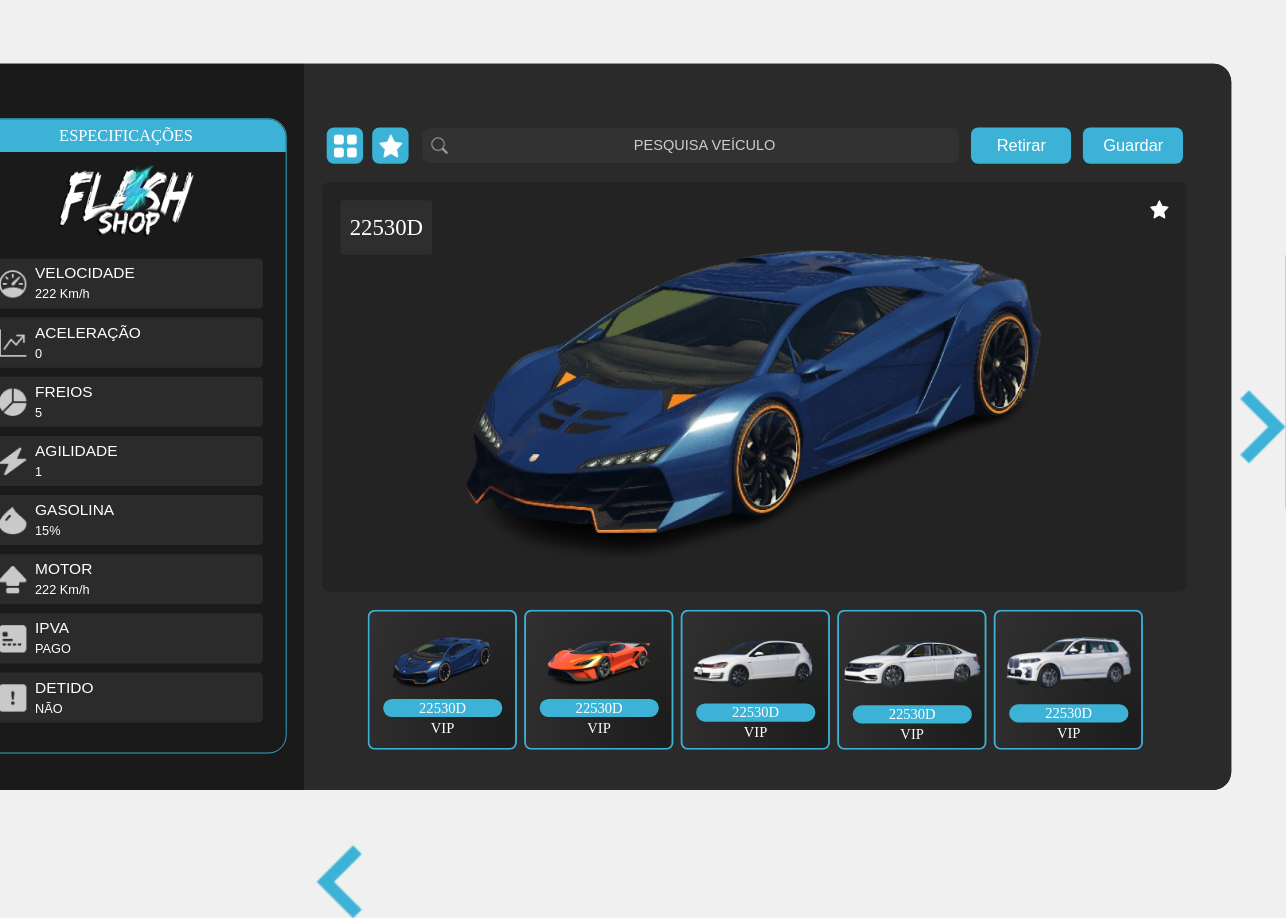
Repository: DuMCorrea/Garagem
Page: index.html
The author's editor kept a copy of each file at every save. The page is drawn from the files as they stood at one save, then again after the next save.
The browser window is 1280 px wide. The page is 1413 px wide, so the pictures cover 1413 px, including what lies to the right of the window. The pictures show the whole page, at 91% of full size.
Some web fonts or font styles are not loaded; a fallback is used.

Above is the page before, as saved 2024-08-22 20:08:36.

### index.html
<!DOCTYPE html>
<html lang="pt-BR">
<head>
    <meta charset="UTF-8">
    <meta name="viewport" content="width=device-width, initial-scale=1.0">
    <link href="https://fonts.googleapis.com/css2?family=Baloo+Bhai&display=swap" rel="stylesheet">
    <title>Div Principal</title>
    <link rel="stylesheet" href="styles.css">
</head>
<body>
    <div class="div-principal">
        <div class="div-esquerda">
            <div class="retangulo-informacoes-3 duplicadoo">
                <img src="assets/FlashStore 2.png" alt="Imagem Mecânico" class="imagem-mecanico">
                <div class="titulo-retangulo">ESPECIFICAÇÕES</div>
                <div class="saldo-conteudo">
                    <div class="saldo-item">
                        <img src="assets/Velo.png" alt="Imagem de Carteira" class="saldo-imagem">
                        <div class="saldo-texto">
                            <p class="saldo-titulo">VELOCIDADE</p>
                            <p class="saldo-valor">222 Km/h</p>
                        </div>
                    </div>
                    <div class="saldo-item">
                        <img src="assets/Ace.png" alt="Imagem de Carteira" class="saldo-imagem">
                        <div class="saldo-texto">
                            <p class="saldo-titulo">ACELERAÇÃO</p>
                            <p class="saldo-valor">0</p>
                        </div>
                    </div>
                    <div class="saldo-item">
                        <img src="assets/Freios.png" alt="Imagem de Carteira" class="saldo-imagem">
                        <div class="saldo-texto">
                            <p class="saldo-titulo">FREIOS</p>
                            <p class="saldo-valor">5</p>
                        </div>
                    </div>
                    <div class="saldo-item">
                        <img src="assets/Agi.png" alt="Imagem de Carteira" class="saldo-imagem">
                        <div class="saldo-texto">
                            <p class="saldo-titulo">AGILIDADE</p>
                            <p class="saldo-valor">1</p>
                        </div>
                    </div>
                    <div class="saldo-item">
                        <img src="assets/Gaso.png" alt="Imagem de Carteira" class="saldo-imagem">
                        <div class="saldo-texto">
                            <p class="saldo-titulo">GASOLINA</p>
                            <p class="saldo-valor">15%</p>
                        </div>
                    </div>
                    <div class="saldo-item">
                        <img src="assets/Motor.png" alt="Imagem de Carteira" class="saldo-imagem">
                        <div class="saldo-texto">
                            <p class="saldo-titulo">MOTOR</p>
                            <p class="saldo-valor">222 Km/h</p>
                        </div>
                    </div>
                    <div class="saldo-item">
                        <img src="assets/Ipva.png" alt="Imagem de Carteira" class="saldo-imagem">
                        <div class="saldo-texto">
                            <p class="saldo-titulo">IPVA</p>
                            <p class="saldo-valor">PAGO</p>
                        </div>
                    </div>
                    <div class="saldo-item">
                        <img src="assets/Detido.png" alt="Imagem de Carteira" class="saldo-imagem">
                        <div class="saldo-texto">
                            <p class="saldo-titulo">DETIDO</p>
                            <p class="saldo-valor">NÃO</p>
                        </div>
                    </div>

                </div>
            </div>
        </div>


        <div class="div-direita">
            <div class="retangulo-fundo">
                <!-- Adicionando os quadrados e o input de pesquisa ao fundo -->
                <div class="container-quadrados">
                    <button class="botao-quadrado-azul">
                        <img src="assets/4Quadrados.png" alt="Ícone 1" class="pequena-imagem">
                    </button>
                    <button class="botao-quadrado-azul">
                        <img src="assets/estrela.png" alt="Ícone 2" class="pequena-imagem">
                    </button>
                    <div class="input-container">
                        <input type="text" class="input-pesquisa" placeholder="PESQUISA VEÍCULO">
                        <button class="botao-icone-pesquisa">
                            <img src="assets/lupa (2).png" alt="Ícone Pesquisa" class="icone-pesquisa">
                        </button>
                        <!-- Novos retângulos ao lado do input -->
                        <button class="botao-retangulo-azul">Retirar</button>
                        <button class="botao-retangulo-azul">Guardar</button>
                    </div>
                </div>

                <div class="codigo-overlay">22530D</div>
                <img src="assets/CarroMaior.png" alt="Imagem Central" class="imagem-central">
                <img src="assets/Estrela.png" alt="Ícone Superior Direito" class="imagem-direita">
            </div>

            <img src="assets/menorMaior.png" alt="Imagem Esquerda" class="imagem-lateral imagem-lateral-esquerda">

            <!-- Nova seção para os cards com fundo retangular azul claro -->
            <div class="fundo-cards">
                <div class="cards-container">
                    <div class="card">
                        <img src="assets/carro1.png" alt="Card 1" class="card-image">
                        <div class="card-content">
                            <div class="card-code">22530D</div>
                            <div class="card-vip">VIP</div>
                        </div>
                    </div>
                    <div class="card">
                        <img src="assets/carro2.png" alt="Card 2" class="card-image">
                        <div class="card-content">
                            <div class="card-code">22530D</div>
                            <div class="card-vip">VIP</div>
                        </div>
                    </div>
                    <div class="card">
                        <img src="assets/carro3.png" alt="Card 3" class="card-image2">
                        <div class="card-content">
                            <div class="card-code">22530D</div>
                            <div class="card-vip">VIP</div>
                        </div>
                    </div>
                    <div class="card">
                        <img src="assets/carro4.png" alt="Card 4" class="card-image3">
                        <div class="card-content">
                            <div class="card-code">22530D</div>
                            <div class="card-vip">VIP</div>
                        </div>
                    </div>
                    <div class="card">
                        <img src="assets/carro5.png" alt="Card 5" class="card-image4">
                        <div class="card-content">
                            <div class="card-code">22530D</div>
                            <div class="card-vip">VIP</div>
                        </div>
                    </div>
                    <img src="assets/maiorMenor.png" alt="Imagem Direita" class="imagem-lateral imagem-lateral-direita">
                </div>
            </div>
        </div>







    </div>
</body>
</html>

### styles.css
body {
    display: flex;
    flex-direction: column;
    align-items: center;
    margin: 0;
    background-color: #f0f0f0;
    font-family: 'Baloo Bhai';
    overflow-y: auto;
    margin-top: 70px;
}

.div-principal {
    position: relative;
    display: flex;
    width: 1425px;
    height: 798px;
    border-radius: 20px;
    background-color: #010101;
    margin-bottom: 20px;
}

.div-esquerda {
    width: 27%; /* Ocupa 30% da largura da div-principal */
    background-color: #1A1A1A; /* Cor de fundo diferente para destaque */
    border-radius: 20px 0px 0px 20px; /* Canto arredondado na esquerda */
    padding: 20px;
}

.div-direita {
    width: 72%; /* Ocupa 70% da largura da div-principal */
    background-color: #2A2A2A; /* Cor de fundo diferente para destaque */
    border-radius: 0px 20px 20px 0px; /* Canto arredondado na direita */
    padding: 20px;
}

.retangulo-informacoes-3 {
    width: 320px;
    height: 232px;
    position: absolute;
    top: 580px;
    left: 462px;
    border-radius: 20px;
    border: 1px solid #3CB3D6;
    background-color: rgba(0, 0, 0, 0); /* Ajuste da opacidade de fundo */
    opacity: 1; /* Visibilidade ativada */
}
.duplicadoo {
    width: 350px;
    height: 696px;
    position: absolute;
    top: 60px;
    left: 35px;
    border-radius: 20px;
    border: 1px solid #3CB3D6;
    background-color: rgba(0, 0, 0, 0); /* Ajuste da opacidade de fundo */
    opacity: 1; /* Visibilidade ativada */
}

.titulo-retangulo {
    width: 100%; /* Ajusta a largura ao do retângulo */
    height: 36px;
    background: #3CB3D6; /* Cor de fundo */
    border-radius: 20px 20px 0 0; /* Arredonda apenas os cantos superiores */
    color: white; /* Cor do texto */
    font-size: 18px; /* Tamanho do texto */
    line-height: 36px; /* Centraliza verticalmente o texto */
    text-align: center; /* Centraliza horizontalmente o texto */
    position: absolute;
    top: 0; /* Alinha o título ao topo do retângulo */
    left: 0; /* Alinha o título à esquerda do retângulo */
}

.status-rectangle {
    width: 300px;
    height: 35px;
    position: absolute;
    top: 130px;
    left: 16px;
    display: flex;
    align-items: center;
    justify-content: space-between; /* Ajuste para espaçar os textos */
    padding: 0 10px; /* Adicione um pequeno padding para afastar o texto das bordas */
    border-radius: 5px;
    opacity: 1; /* Tornar o retângulo visível */
    background: #37373796;
  }
  .status-text {
    font-size: 14px;
    color: #fff;
    font-family: 'Baloo Bhai', sans-serif;
  }

  .imagem-mecanico {
    display: block;
    margin: 0 auto; /* Centraliza a imagem horizontalmente */
    width: 50%; /* Ajuste a largura da imagem conforme necessário */
    height: 25%; /* Ajuste a altura da imagem conforme necessário */
    position: absolute;
    top: 0px; /* Ajuste a posição vertical da imagem */
    left: 50%;
    transform: translateX(-50%); /* Centraliza a imagem em relação ao retângulo */
}








.saldo-imagem {
    width: 30px;
    height: 30px;
    margin-right: 10px; /* Espaçamento entre a imagem e o texto */
}
.saldo-conteudo {
    display: flex;
    flex-direction: column;
    align-items: center;
    justify-content: center;
    height: 100%;
    padding: 10px;
    gap: 10px; /* Espaçamento entre os retângulos */
    margin-top: 50px;
}

.saldo-item {
    display: flex;
    align-items: center;
    width: 280px;
    height: 35px;
    border-radius: 5px;
    background: #37373796;
    padding: 10px;
}

.saldo-texto {
    display: flex;
    flex-direction: column;
    gap: 2px; /* Espaçamento reduzido entre o título e o valor */
    font-family: 'Baloo Bhai', sans-serif;


}

.saldo-titulo {
    font-family: 'Baloo Bhai', sans-serif;
    font-size: 17px;
    font-weight: 400;
    line-height: 20px; /* Ajuste na altura da linha para deixar os textos mais próximos */
    text-align: left;
    color: white;
    margin: 0;
}
.saldo-valor {
    font-family: 'Baloo Bhai', sans-serif;
    font-size: 14px;
    font-weight: 400;
    line-height: 20px; /* Ajuste na altura da linha para deixar os textos mais próximos */
    text-align: left;
    color: white;
    margin: 0;
}



/* DIV DA DIREITA */

/* Estilo para o contêiner dos quadrados e do input de pesquisa */
.container-quadrados {
    position: absolute;
    top: -60px; /* Ajuste para posicionar os quadrados acima do fundo */
    left: 5px; /* Ajuste para mover os quadrados mais para a esquerda */
    display: flex;
    gap: 10px; /* Espaçamento entre os quadrados e o input */
}

.botao-quadrado-azul {
    width: 40px; /* Tamanho do quadrado */
    height: 40px; /* Tamanho do quadrado */
    background-color: #3CB3D6; /* Cor de fundo azul claro */
    display: flex;
    justify-content: center;
    align-items: center;
    border: none; /* Remove a borda padrão */
    border-radius: 8px; /* Bordas arredondadas */
    cursor: pointer; /* Indica que o elemento é clicável */
    padding: 0; /* Remove o padding padrão do botão */
    margin: 0; /* Remove a margem padrão do botão */
}

.pequena-imagem {
    width: 25px; /* Tamanho da imagem */
    height: 25px;
}

/* Estilo para o contêiner do input e ícone */
.input-container {
    position: relative; /* Define o contexto para o ícone */
    margin-left: 5px; /* Espaçamento entre os quadrados e o input */
}

/* Estilo para o input de pesquisa */
.input-pesquisa {
    padding: 10px 10px 10px 40px; /* Espaçamento interno, espaço adicional à esquerda para o ícone */
    width: 540px; /* Largura do input */
    background: rgba(62, 62, 62, 0.42); /* Cor de fundo com opacidade */
    border: none; /* Remove a borda padrão */
    border-radius: 8px; /* Bordas arredondadas */
    color: #fff; /* Cor do texto */
    font-size: 16px; /* Tamanho da fonte */
    text-align: center; /* Centraliza o texto do placeholder */
}

.input-pesquisa::placeholder {
    color: #ccc; /* Cor do placeholder */
}

/* Estilo para o botão da lupa */
.botao-icone-pesquisa {
    position: absolute; /* Alinha o botão com o input */
    left: 10px; /* Alinha o ícone à esquerda dentro do input */
    top: 50%; /* Alinha verticalmente o ícone no centro */
    transform: translateY(-50%); /* Corrige o alinhamento vertical */
    width: 18px; /* Tamanho do botão */
    height: 18px; /* Tamanho do botão */
    background: transparent; /* Remove o fundo do botão */
    border: none; /* Remove a borda padrão do botão */
    cursor: pointer; /* Indica que o botão é clicável */
    padding: 0; /* Remove o padding padrão do botão */
    display: flex; /* Centraliza o ícone dentro do botão */
    justify-content: center;
    align-items: center;
}
/* Estilo para o ícone dentro do botão */
.botao-icone-pesquisa img {
    width: 18px; /* Tamanho do ícone */
    height: 18px; /* Tamanho do ícone */
}

/* Outros estilos existentes */
.retangulo-fundo {
    width: 950px;
    height: 450px;
    background: rgba(29, 28, 28, 0.48); /* Cor com opacidade */
    border-radius: 8px;
    display: flex;
    justify-content: center;
    align-items: center;
    margin-top: 110px;
    position: relative; /* Define a posição relativa para o fundo */
}

.imagem-central {
    width: 650px;
    height: 378.6px;
}

.codigo-overlay {
    position: absolute;
    top: 20px; /* Ajusta a posição para o canto superior */
    left: 20px; /* Ajusta a posição para o canto esquerdo */
    padding: 5px 10px;
    background: rgba(62, 62, 62, 0.42); /* Cor com opacidade */
    border-radius: 4px;
    color: #fff;
    font-size: 25px;
    line-height: 50px;
}

.imagem-direita {
    position: absolute;
    top: 20px; /* Posição no canto superior */
    right: 20px; /* Posição no canto direito */
    width: 20px; /* Ajuste o tamanho conforme necessário */
    height: 20px; /* Ajuste o tamanho conforme necessário */
}

.botao-quadrado-azul img {
    width: 25px; /* Tamanho da imagem */
    height: 25px;
}
/* Estilo para os botões dos retângulos */
.botao-retangulo-azul {
    width: 110px; /* Largura dos retângulos */
    height: 40px; /* Altura dos retângulos */
    background-color: #3CB3D6; /* Cor de fundo azul claro */
    display: flex;
    justify-content: center;
    align-items: center;
    border: none; /* Remove a borda padrão */
    border-radius: 8px; /* Bordas arredondadas */
    color: #fff; /* Cor do texto */
    font-size: 18px; /* Tamanho da fonte */
    cursor: pointer; /* Indica que o elemento é clicável */
    margin-left: 12px; /* Espaçamento entre o input e os retângulos */
    padding: 0; /* Remove o padding padrão do botão */
}

/* Estilo para o contêiner do input e ícone, ajustando o espaço para os retângulos */
/* Ajusta o contêiner do input e ícone para incluir os botões */
.input-container {
    position: relative; /* Define o contexto para o ícone e botões */
    margin-left: 5px; /* Espaçamento entre os quadrados e o input */
    display: flex; /* Organiza os itens horizontalmente */
    align-items: center; /* Alinha verticalmente os itens */
    gap: 1px; /* Espaçamento entre os itens */
}




/* Estilo para o código do card com fundo retangular azul */
.card-code {
    font-size: 16px; /* Tamanho da fonte ajustado */
    margin-bottom: 3px; /* Espaçamento abaixo do código */
    margin-top: 7px;
    background: #3CB3D6; /* Cor de fundo azul */
    color: #fff; /* Cor do texto branca para contraste */
    padding: 1px 40px; /* Espaçamento interno */
    border-radius: 10px; /* Bordas arredondadas */
    display: inline-block; /* Garante que o fundo azul se ajuste ao texto */
}

/* Estilo para a nova seção de cards */
.cards-container {
    display: flex; /* Organiza os cards horizontalmente */
    justify-content: flex-start; /* Alinha os cards no início da linha */
    flex-wrap: nowrap; /* Não permite quebra de linha, todos os cards na mesma linha */
    gap: 8px; /* Espaçamento entre os cards */
    margin-top: 20px; /* Espaçamento acima dos cards */
    margin-left: 50px; /* Espaçamento à esquerda da div para mover os cards mais para a direita */
    overflow-x: auto; /* Permite rolagem horizontal se os cards não cabem na tela */
}

/* Estilo para cada card */
.card {
    width: 160px; /* Largura aumentada do card */
    height: 150px; /* Altura aumentada do card */
    background: radial-gradient(547.21% 823.76% at 94.51% 88.04%, #1D1C1C 0%, #837E7E 100%); /* Cor de fundo do card */
    border: 2px solid #3CB3D6; /* Borda do card */
    border-radius: 8px; /* Bordas arredondadas */
    display: flex; /* Organiza o conteúdo verticalmente */
    flex-direction: column; /* Organiza os itens na vertical */
    align-items: center; /* Alinha o conteúdo horizontalmente no centro */
    justify-content: center; /* Alinha o conteúdo verticalmente no centro */
    overflow: hidden; /* Esconde qualquer parte do conteúdo que exceda os limites do card */
}

/* Estilo para a imagem do card */
.card-image {
    width: 70%; /* Largura da imagem */
    height: 40%; /* Altura da imagem reduzida */
    object-fit: cover; /* Cobre o espaço do card mantendo a proporção da imagem */
    margin-top: 15px;
}
.card-image2 {
    width: 120%; /* Largura da imagem */
    height: 80%; /* Altura da imagem reduzida */
    object-fit: cover; /* Cobre o espaço do card mantendo a proporção da imagem */
    margin-bottom: -20px;
    margin-top: -14px;
}
.card-image3 {
    width: 110%; /* Largura da imagem */
    height: 80%; /* Altura da imagem reduzida */
    object-fit: cover; /* Cobre o espaço do card mantendo a proporção da imagem */
    margin-bottom: -18px;
    margin-top: -12px;
}
.card-image4 {
    width: 100%; /* Largura da imagem */
    height: 70%; /* Altura da imagem reduzida */
    object-fit: cover; /* Cobre o espaço do card mantendo a proporção da imagem */
    margin-top: 0px;
    margin-bottom: -17px;
}

/* Estilo para o conteúdo do card */
.card-content {
    width: 100%; /* Largura do conteúdo */
    text-align: center; /* Centraliza o texto */
    color: #fff; /* Cor do texto */
    padding: 5px 0; /* Espaçamento interno */
}

/* Estilo para o código do card */
.card-code {
    font-size: 16px; /* Tamanho da fonte ajustado */
    margin-bottom: 3px; /* Espaçamento abaixo do código */
}

.imagem-lateral {
    position: absolute;
    top: 50%;
    transform: translateY(-50%);
    width: 50px; /* Ajuste o tamanho conforme necessário */
    height: auto;
}

.imagem-lateral-esquerda {
    left: 0; /* Posiciona a imagem à esquerda dos cards */
    margin-left: 420px; /* Ajusta a distância da imagem em relação ao contêiner */
    margin-top: 500px;
}

.imagem-lateral-direita {
    right: 0; /* Posiciona a imagem à direita dos cards */
    margin-right: -60px; /* Ajusta a distância da imagem em relação ao contêiner */
}

After the next save:
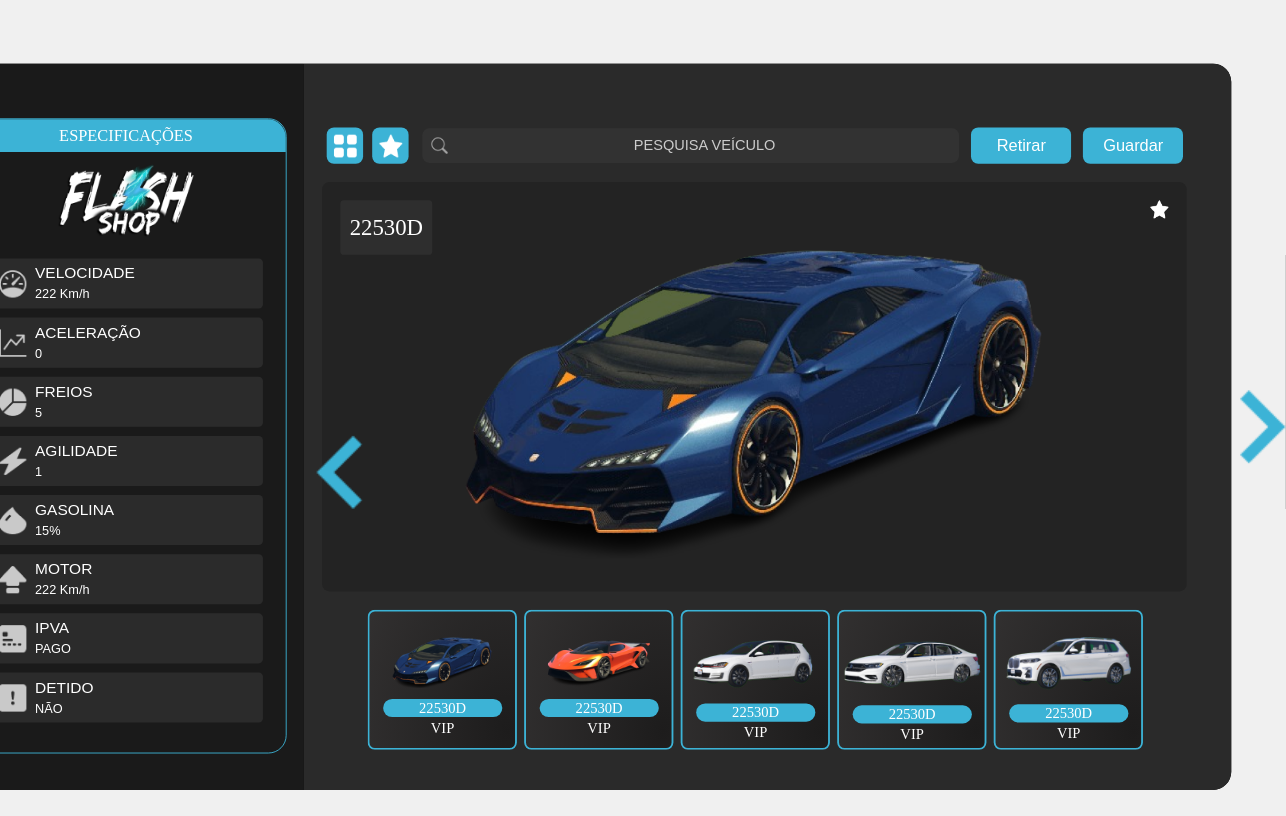
Saved 4 s later.
--- a/styles.css
+++ b/styles.css
@@ -401,7 +401,7 @@
 .imagem-lateral-esquerda {
     left: 0; /* Posiciona a imagem à esquerda dos cards */
     margin-left: 420px; /* Ajusta a distância da imagem em relação ao contêiner */
-    margin-top: 500px;
+    margin-top: 50px;
 }
 
 .imagem-lateral-direita {
